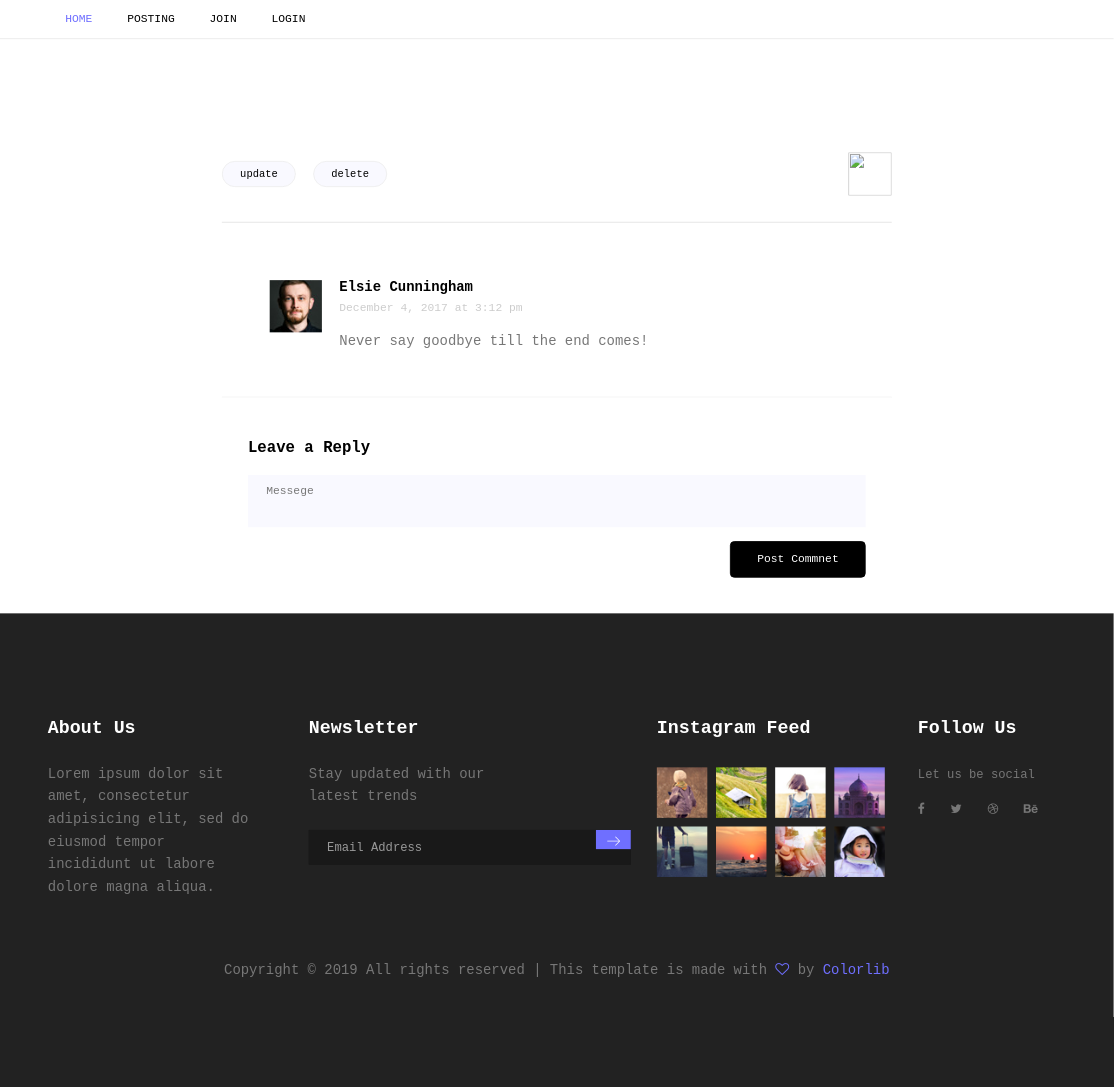
Repository: juneyj114/jspblog
Page: http://localhost/blog/board/detail.jsp
These files come from the project's save history. The page is drawn as it stood at one moment and after the next save; the edit follows.
The browser window is 1280 px wide. The pictures show the whole page, at 87% of full size.
Some web fonts or font styles are not loaded; a fallback is used. The page is served by Tomcat 9. Other server files are loaded and not shown. The template is opened directly, without the code that normally fills it, so the values that code supplies are empty.

Above is the page before, as saved 2019-11-12 05:58:49.

### blog/WebContent/board/detail.jsp
<%@ page language="java" contentType="text/html; charset=UTF-8" pageEncoding="UTF-8"%>
<%@ taglib prefix="c" uri="http://java.sun.com/jsp/jstl/core"%>

<%@ include file="/include/nav.jsp"%>

<!--================Blog Area =================-->
<section class="blog_area single-post-area">
	<div class="container">
		<div class="row">
			<div class="col-lg-2"></div>
			<div class="col-lg-8">
				<div class="main_blog_details">
					<a href="#"><h4>${board.title}</h4></a>
					<div class="user_details">
						<div class="float-left">
							<c:if test="${board.userId eq sessionScope.user.id}">
								<a href="/blog/board?cmd=updateForm&id=${board.id}">update</a>
								<a href="/blog/board?cmd=delete&id=${board.id}">delete</a>
							</c:if>
						</div>
						<div class="float-right">
							<div class="media">
								<div class="media-body">
									<h5>${board.user.username}</h5>
									<p>${board.createDate}</p>
								</div>
								<div class="d-flex">
									<img src="${sessionScope.user.userProfile}" alt="" style="width:50px; height:50px;">
								</div>
							</div>
						</div>
					</div>
					<!-- 본문 시작 -->
					<p>${board.content}</p>
					<!-- 본문 끝 -->
					<hr />
				</div>

				<!-- 댓글 시작 -->
				<div class="comments-area">
					<c:forEach var="comment" items="${comments}">

						<!-- 댓글 아이템 시작 -->
						<div class="comment-list" id="comment-${comment.id }">
							<div id="reply-${comment.id}" style="flex-wrap: wrap" class="single-comment justify-content-between d-flex">
								<div class="user justify-content-between d-flex">
									<div class="thumb">
										<img src="${comment.user.userProfile}" alt="" style="width:50px; height:50px;">
									</div>
									<div class="desc">
										<h5>
											<a href="#">${ comment.user.username }</a>
										</h5>
										<p class="date">${ comment.createDate }</p>
										<p class="comment">${ comment.content }</p>
									</div>
								</div>
								<div class="reply-btn">
									<button class="btn-reply text-uppercase" onclick="deleteReply(${comment.id})">❌</button>
								</div>
								<div class="reply-btn">
									<button onclick = "showReply(${comment.id})" class="btn-reply text-uppercase">댓글보기</button>
									<button id="btnWriteComment-${ comment.id }" class="btn-reply text-uppercase" onclick="writeReply(${comment.id})">댓글쓰기</button>
								</div>
							</div>
						</div>

						<!-- 댓글 아이템 끝 -->
					</c:forEach>

					<!-- 대 댓글 아이템 시작 -->
					<div class="comment-list left-padding">
						<div class="single-comment justify-content-between d-flex">
							<div class="user justify-content-between d-flex">
								<div class="thumb">
									<img src="img/blog/c2.jpg" alt="">
								</div>
								<div class="desc">
									<h5>
										<a href="#">Elsie Cunningham</a>
									</h5>
									<p class="date">December 4, 2017 at 3:12 pm</p>
									<p class="comment">Never say goodbye till the end comes!</p>
								</div>
							</div>
						</div>
					</div>
					<!-- 대 댓글 아이템 끝 -->
				</div>
				<!-- 댓글 끝 -->

				<!-- 댓글 쓰기 시작 -->
				<div class="comment-form" style="margin-top: 0px;">
					<h4 style="margin-bottom: 20px">Leave a Reply</h4>
					<form id="writeCommentForm">
						<div class="form-group">
							<input type="hidden" id="commentUserId" value=${ sessionScope.user.id }></input> <input type="hidden" id="commentBoardId" value=${ board.id }></input> <input type="hidden"></input>
							<textarea id="commentText" style="height: 60px" class="form-control mb-10" rows="2" name="message" placeholder="Messege" onfocus="this.placeholder = ''" onblur="this.placeholder = 'Messege'"
								required=""></textarea>
						</div>
						<input type="submit" onclick="writeComment(event)" class="primary-btn submit_btn" value="Post Commnet"></input>
					</form>
				</div>
				<!-- 댓글 쓰기 끝 -->

			</div>

			<div class="col-lg-2"></div>
		</div>
	</div>
</section>
<!--================Blog Area =================-->

<!--================ start footer Area  =================-->
<footer class="footer-area p_120">
	<div class="container">
		<div class="row">
			<div class="col-lg-3  col-md-6 col-sm-6">
				<div class="single-footer-widget">
					<h6 class="footer_title">About Us</h6>
					<p>Lorem ipsum dolor sit amet, consectetur adipisicing elit, sed do eiusmod tempor incididunt ut labore dolore magna aliqua.</p>
				</div>
			</div>
			<div class="col-lg-4 col-md-6 col-sm-6">
				<div class="single-footer-widget">
					<h6 class="footer_title">Newsletter</h6>
					<p>Stay updated with our latest trends</p>
					<div id="mc_embed_signup">
						<form target="_blank" action="https://spondonit.us12.list-manage.com/subscribe/post?u=1462626880ade1ac87bd9c93a&amp;id=92a4423d01" method="get" class="subscribe_form relative">
							<div class="input-group d-flex flex-row">
								<input name="EMAIL" placeholder="Email Address" onfocus="this.placeholder = ''" onblur="this.placeholder = 'Email Address '" required="" type="email">
								<button class="btn sub-btn">
									<span class="lnr lnr-arrow-right"></span>
								</button>
							</div>
							<div class="mt-10 info"></div>
						</form>
					</div>
				</div>
			</div>
			<div class="col-lg-3 col-md-6 col-sm-6">
				<div class="single-footer-widget instafeed">
					<h6 class="footer_title">Instagram Feed</h6>
					<ul class="list instafeed d-flex flex-wrap">
						<li><img src="img/instagram/Image-01.jpg" alt=""></li>
						<li><img src="img/instagram/Image-02.jpg" alt=""></li>
						<li><img src="img/instagram/Image-03.jpg" alt=""></li>
						<li><img src="img/instagram/Image-04.jpg" alt=""></li>
						<li><img src="img/instagram/Image-05.jpg" alt=""></li>
						<li><img src="img/instagram/Image-06.jpg" alt=""></li>
						<li><img src="img/instagram/Image-07.jpg" alt=""></li>
						<li><img src="img/instagram/Image-08.jpg" alt=""></li>
					</ul>
				</div>
			</div>
			<div class="col-lg-2 col-md-6 col-sm-6">
				<div class="single-footer-widget f_social_wd">
					<h6 class="footer_title">Follow Us</h6>
					<p>Let us be social</p>
					<div class="f_social">
						<a href="#"><i class="fa fa-facebook"></i></a> <a href="#"><i class="fa fa-twitter"></i></a> <a href="#"><i class="fa fa-dribbble"></i></a> <a href="#"><i class="fa fa-behance"></i></a>
					</div>
				</div>
			</div>
		</div>
		<div class="row footer-bottom d-flex justify-content-between align-items-center">
			<p class="col-lg-12 footer-text text-center">
				<!-- Link back to Colorlib can't be removed. Template is licensed under CC BY 3.0. -->
				Copyright &copy;
				<script>
					document.write(new Date().getFullYear());
				</script>
				All rights reserved | This template is made with <i class="fa fa-heart-o" aria-hidden="true"></i> by <a href="https://colorlib.com" target="_blank">Colorlib</a>
				<!-- Link back to Colorlib can't be removed. Template is licensed under CC BY 3.0. -->
			</p>
		</div>
	</div>
</footer>
<!--================ End footer Area  =================-->




<!-- Optional JavaScript -->
<!-- jQuery first, then Popper.js, then Bootstrap JS -->
<script src="js/jquery-3.2.1.min.js"></script>
<script src="js/popper.js"></script>
<script src="js/bootstrap.min.js"></script>
<script src="js/stellar.js"></script>
<script src="vendors/lightbox/simpleLightbox.min.js"></script>
<script src="vendors/nice-select/js/jquery.nice-select.min.js"></script>
<script src="vendors/isotope/imagesloaded.pkgd.min.js"></script>
<script src="vendors/isotope/isotope-min.js"></script>
<script src="vendors/owl-carousel/owl.carousel.min.js"></script>
<script src="vendors/jquery-ui/jquery-ui.js"></script>
<script src="js/jquery.ajaxchimp.min.js"></script>
<script src="js/mail-script.js"></script>
<script src="js/theme.js"></script>
<script>
async function deleteReply(commentId) {
    const fetchData = await fetch("/blog/comment?cmd=delete", {
      method: "POST",
      body: commentId,
      headers: {
        "Content-type": "text/plain; charset=UTF-8"
      }
    });
    const result = await fetchData.text();
    if (result === "1") {
      console.log("delete!");
      $("#comment-" + commentId).remove();
    }
  }
async function showReply(commentId) {
    const replyDiv = document.querySelector("#childReply-" + commentId);
    console.log(replyDiv);
    if (replyDiv == null) {
      const fetchData = await fetch("/blog/comment?cmd=show", {
        method: "POST",
        body: commentId,
        headers: {
          "Content-type": "application/json; charset=UTF-8"
        }
      });
      const replies = await fetchData.json();
      const childReply = document.createElement("div");
      childReply.id = "childReply-" + commentId;
      $("#reply-" + commentId).append(childReply);
      for (const reply of replies) {
        const {
          id,
          user: { username },
          content,
          commentId,
          createDate
        } = reply;
        console.log(content);
        const div = document.createElement("div");
        div.innerHTML =
          "<br /><div style='margin-left:50px' class='reply-" +
          id +
          "'><div id='reply-" +
          id +
          "' style='flex-wrap: wrap' class='single-comment justify-content-between d-flex'><div class='user justify-content-between d-flex'><div class='thumb'><img src='img/blog/c1.jpg' alt=''></div><div class='desc'><h5><a href='#'>" +
          username +
          "</a></h5><p class='date'>" +
          createDate +
          "</p><p class='comment'>" +
          content +
          "</p></div></div><div class='reply-btn'><button class='btn-reply text-uppercase' onclick='deleteReply(" +
          id +
          ")'>❌</button></div><div class='reply-btn'><button onclick='showReply(" +
          id +
          ")' class='btn-reply text-uppercase'>댓글보기</button><button id='btnWriteComment-" +
          id +
          "' class='btn-reply text-uppercase' onclick='writeReply(" +
          id +
          ")'>댓글쓰기</button></div></div></div>";
        childReply.append(div);
      }
    } else {
      $("#childReply-" + commentId).remove();
    }
  }
  function writeReply(id) {
    const btnWriteComment = document.querySelector(
      "#btnWriteComment-" + id
    );
    const writeCommentDiv = document.querySelector(".writeComment" + id);
    if (writeCommentDiv === null) {
      const comment = document.querySelector("#reply-" + id);
      const div = document.createElement("div");
      div.className = "writeComment" + id;
      div.style = "width: 100%";
      div.innerHTML =
        "<h4 style='margin-bottom:20px'>Leave a Reply</h4><form id='reply-submit'><div class='form-group'><textarea id = 'commentText' style='height:60px' class='form-control mb-10' rows='2' name='content' placeholder='Messege' required=''></textarea></div><button onclick='postReply(event, "+id+")' class='primary-btn submit_btn'>Post Reply</button></form>";
      comment.append(div);
      btnWriteComment.innerText = "댓글닫기";
      isReply = true;
    } else {
      $(".writeComment" + id).remove();
      btnWriteComment.innerText = "댓글쓰기";
      isReply = false;
    }
  }
  async function postReply(event, commentId){
	  event.preventDefault();
      const commentText = document.querySelector("#commentText");
      const { value: content } = commentText;
      const commentUserId = document.querySelector("#commentUserId");
      const { value: userId } = commentUserId;
      const commentBoardId = document.querySelector("#commentBoardId");
      const { value: boardId } = commentBoardId;
      const comment = {
        content,
        userId,
        boardId,
        commentId
      };
      const response = await fetch("/blog/comment?cmd=write", {
        method: "POST",
        body: JSON.stringify(comment),
        header: {
          "Content-type": "application/json; charset=UTF-8"
        }
      });
      const resData = await response.json();
      const {
        responseData: { status },
        id,
        user: { username },
        createDate
      } = resData;
      if(status === "OK"){
        const div = document.createElement("div");
        div.innerHTML = "<div class='comment-list' id='comment-"+id+"'><div class='single-comment justify-content-between d-flex'><div class='user justify-content-between d-flex'><div class='thumb'><img src='img/blog/c1.jpg' alt=''></div><div class='desc'><h5><a href='#'>"+username+"</a></h5><p class='date'>"+createDate+"</p><p class='comment'>"+content+"</p></div></div><div class='reply-btn'><button class='btn-reply text-uppercase' onclick='deleteReply("+id+")'>❌</button></div><div class='reply-btn'><button class='btn-reply text-uppercase'>댓글보기</button><button id='btnWriteComment-"+id+"' class='btn-reply text-uppercase' onclick='writeReply("+id+")'>댓글쓰기</button></div></div></div>";
        console.log(div);
        $(".comments-area").append(div);

      }
  }

  async function writeComment(event) {
      event.preventDefault();
      const commentText = document.querySelector("#commentText");
      const { value: content } = commentText;
      const commentUserId = document.querySelector("#commentUserId");
      const { value: userId } = commentUserId;
      const commentBoardId = document.querySelector("#commentBoardId");
      const { value: boardId } = commentBoardId;
      const comment = {
        content,
        userId,
        boardId
      };
      const response = await fetch("/blog/comment?cmd=write", {
        method: "POST",
        body: JSON.stringify(comment),
        header: {
          "Content-type": "application/json; charset=UTF-8"
        }
      });
      const resData = await response.json();
      const {
        responseData: { status },
        id,
        user: { username },
        createDate
      } = resData;
      if(status === "OK"){
        const div = document.createElement("div");
        div.innerHTML = "<div class='comment-list' id='comment-"+id+"'><div class='single-comment justify-content-between d-flex'><div class='user justify-content-between d-flex'><div class='thumb'><img src='img/blog/c1.jpg' alt=''></div><div class='desc'><h5><a href='#'>"+username+"</a></h5><p class='date'>"+createDate+"</p><p class='comment'>"+content+"</p></div></div><div class='reply-btn'><button class='btn-reply text-uppercase' onclick='deleteReply("+id+")'>❌</button></div><div class='reply-btn'><button class='btn-reply text-uppercase'>댓글보기</button><button id='btnWriteComment-"+id+"' class='btn-reply text-uppercase' onclick='writeReply("+id+")'>댓글쓰기</button></div></div></div>";
        console.log(div);
        $(".comments-area").append(div);


      }
    }

</script>
</body>
</html>

### blog/WebContent/include/nav.jsp
<%@ page language="java" contentType="text/html; charset=UTF-8" pageEncoding="UTF-8"%>
<%@ taglib prefix="c" uri="http://java.sun.com/jsp/jstl/core"%>
<html>
<head>
<!-- Required meta tags -->
<meta charset="utf-8">
<meta name="viewport" content="width=device-width, initial-scale=1, shrink-to-fit=no">
<link rel="icon" href="/blog/img/favicon.png" type="image/png">
<title>Juney's Blog</title>
<!-- Bootstrap CSS -->
<link rel="stylesheet" href="/blog/css/bootstrap.css">
<link rel="stylesheet" href="/blog/vendors/linericon/style.css">
<link rel="stylesheet" href="/blog/css/font-awesome.min.css">
<link rel="stylesheet" href="/blog/vendors/owl-carousel/owl.carousel.min.css">
<link rel="stylesheet" href="/blog/vendors/lightbox/simpleLightbox.css">
<link rel="stylesheet" href="/blog/vendors/nice-select/css/nice-select.css">
<link rel="stylesheet" href="/blog/vendors/animate-css/animate.css">
<link rel="stylesheet" href="/blog/vendors/jquery-ui/jquery-ui.css">
<!-- main css -->
<link rel="stylesheet" href="/blog/css/style.css">
<link rel="stylesheet" href="/blog/css/responsive.css">

</head>

<body>
	<!--================Header Menu Area =================-->
	<header class="header_area">
		<div class="main_menu">
			<nav class="navbar navbar-expand-lg navbar-light">
				<div class="container box_1620">
					<!-- Brand and toggle get grouped for better mobile display -->
					<a class="navbar-brand logo_h" href="#"><img src="/blog/img/logo.png" alt=""></a>
					<button class="navbar-toggler" type="button" data-toggle="collapse" data-target="#navbarSupportedContent" aria-controls="navbarSupportedContent" aria-expanded="false"
						aria-label="Toggle navigation">
						<span class="icon-bar"></span> <span class="icon-bar"></span> <span class="icon-bar"></span>
					</button>
					<!-- Collect the nav links, forms, and other content for toggling -->
					<div class="collapse navbar-collapse offset" id="navbarSupportedContent">
						<ul class="nav navbar-nav menu_nav" id="mainUl">
							<li class="nav-item active"><a class="nav-link" href="/blog/index.jsp">Home</a></li>
							<li class="nav-item"><a class="nav-link" href="/blog/board/write.jsp">Posting</a></li>
							<%-- <li class="nav-item"><a class="nav-link" href="/blog/user/join.jsp">Join</a></li> --%>

							<%-- <c:choose>
								<c:when test="${empty sessionScope.username}">
									<li class="nav-item">
										<a class="nav-link" href="/blog/user/login.jsp">Login</a>
									</li>
								</c:when>
								<c:otherwise>
									<li class="nav-item">
										<a class="nav-link" href="/blog/user?cmd=logout">Logout</a>
									</li>
								</c:otherwise>
							</c:choose> --%>

						</ul>
						<ul class="nav navbar-nav navbar-right header_social ml-auto">
							<c:choose>
								<c:when test="${empty sessionScope.user}"></c:when>
								<c:otherwise>
								<a href="/blog/user/userProfileForm.jsp"><img src="${sessionScope.user.userProfile}" style="height: 40px; border-radius: 100%; width: 40px;" /></a>
								</c:otherwise>

							</c:choose>
						</ul>
					</div>
				</div>
			</nav>
			<script>
				const mainUl = document.querySelector("#mainUl");
				const id = "<c:out value='${sessionScope.user}'/>";
				const li1 = document.createElement("li");
				const a1 = document.createElement("a");
				const li2 = document.createElement("li");
				const a2 = document.createElement("a");
				console.log(id);
				if (id === null || id === "") {
					a1.innerText = "Join";
					a1.href = "/blog/user/join.jsp";
					a2.innerText = "Login";
					a2.href = "/blog/user/login.jsp";
				} else {
					a1.innerText = "Profile";
					a1.href = "/blog/user/update.jsp";
					a2.innerText = "Logout";
					a2.href = "/blog/user?cmd=logout";
				}
				a1.classList.add("nav-link");
				li1.classList.add("nav-item");
				li1.appendChild(a1);
				mainUl.appendChild(li1);
				a2.classList.add("nav-link");
				li2.classList.add("nav-item");
				li2.appendChild(a2);
				mainUl.appendChild(li2);
			</script>

		</div>
	</header>

</body>
</html>

Loaded but not shown: blog/WebContent/css/bootstrap.css (library); blog/WebContent/vendors/linericon/style.css (library); blog/WebContent/css/font-awesome.min.css (library); blog/WebContent/vendors/owl-carousel/owl.carousel.min.css (common file); blog/WebContent/vendors/lightbox/simpleLightbox.css (library); blog/WebContent/vendors/nice-select/css/nice-select.css (library); blog/WebContent/vendors/animate-css/animate.css (library); blog/WebContent/vendors/jquery-ui/jquery-ui.css (library); blog/WebContent/js/jquery-3.2.1.min.js (library); blog/WebContent/js/popper.js (library); blog/WebContent/js/bootstrap.min.js (library); blog/WebContent/js/stellar.js (library); blog/WebContent/vendors/lightbox/simpleLightbox.min.js (library); blog/WebContent/vendors/nice-select/js/jquery.nice-select.min.js (common file); blog/WebContent/vendors/isotope/imagesloaded.pkgd.min.js (library); blog/WebContent/vendors/isotope/isotope-min.js (library); blog/WebContent/vendors/owl-carousel/owl.carousel.min.js (library); blog/WebContent/vendors/jquery-ui/jquery-ui.js (library); blog/WebContent/js/jquery.ajaxchimp.min.js (library); blog/WebContent/js/theme.js (283 lines, source omitted); blog/WebContent/js/mail-script.js (31 lines, source omitted); blog/WebContent/css/style.css (3904 lines, source omitted); blog/WebContent/css/responsive.css (373 lines, source omitted)

After the next save:
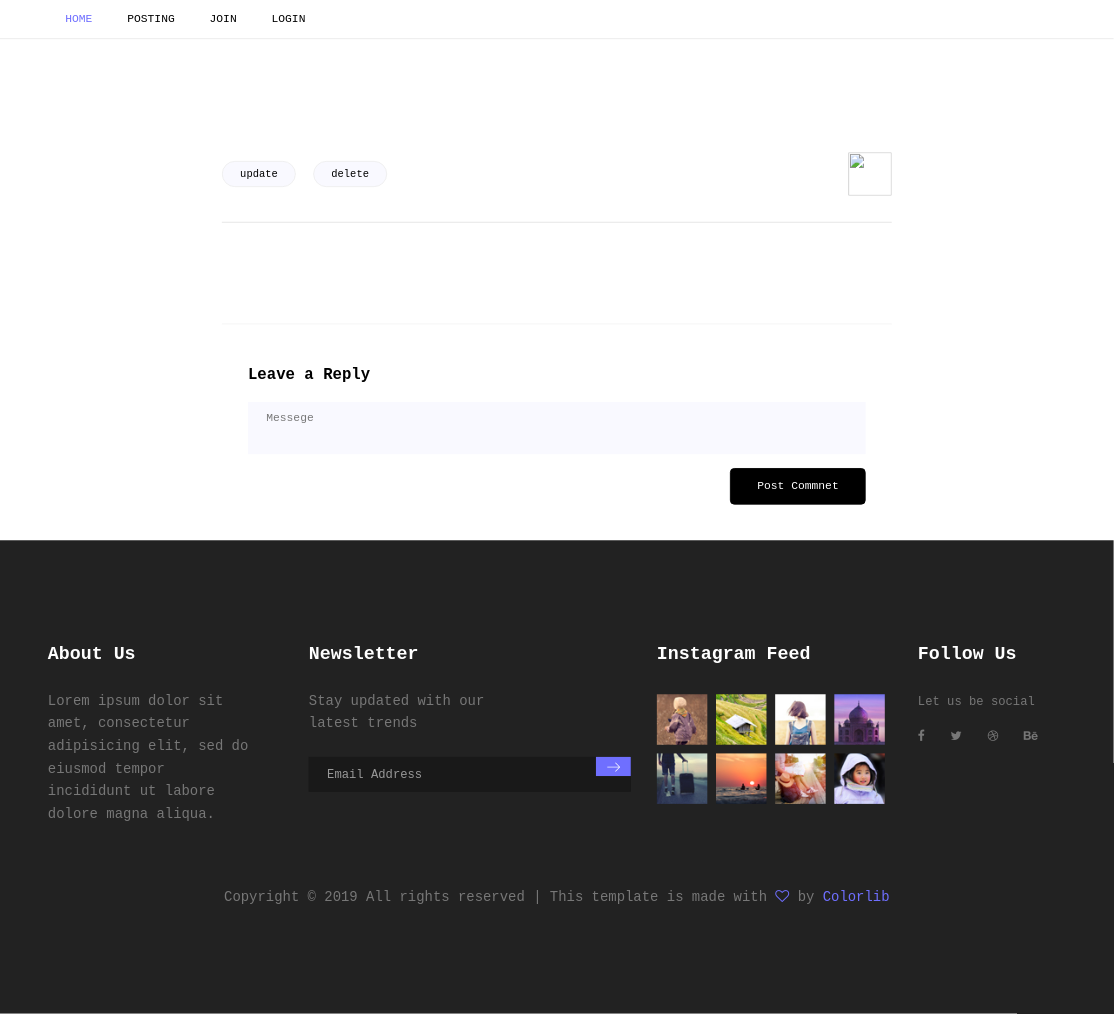
Saved 2 min 10 s later.
--- a/blog/WebContent/board/detail.jsp
+++ b/blog/WebContent/board/detail.jsp
@@ -69,22 +69,7 @@
 					</c:forEach>
 
 					<!-- 대 댓글 아이템 시작 -->
-					<div class="comment-list left-padding">
-						<div class="single-comment justify-content-between d-flex">
-							<div class="user justify-content-between d-flex">
-								<div class="thumb">
-									<img src="img/blog/c2.jpg" alt="">
-								</div>
-								<div class="desc">
-									<h5>
-										<a href="#">Elsie Cunningham</a>
-									</h5>
-									<p class="date">December 4, 2017 at 3:12 pm</p>
-									<p class="comment">Never say goodbye till the end comes!</p>
-								</div>
-							</div>
-						</div>
-					</div>
+
 					<!-- 대 댓글 아이템 끝 -->
 				</div>
 				<!-- 댓글 끝 -->
